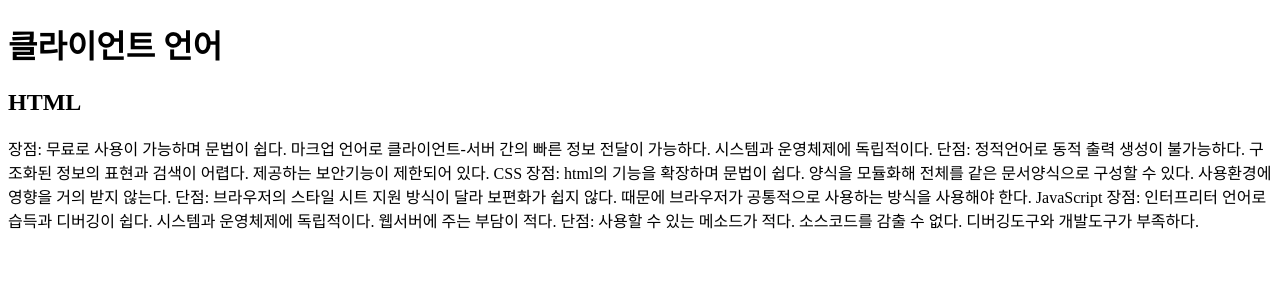
Repository: sinsujung/client
Page: ClientTest/src/main/webapp/문제/ex04.html
These files come from the project's save history. The page is drawn as it stood at one moment and after the next save; the edit follows.
The browser window is 1280 px wide. The pictures show the whole page.

Above is the page before, as saved 2023-09-20 03:27:13.

After the next save:
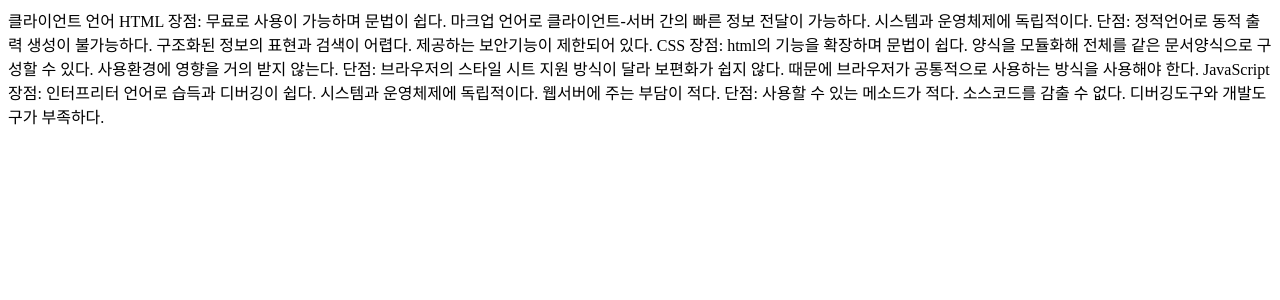
Saved 22 s later.
--- a/ClientTest/src/main/webapp/문제/ex04.html
+++ b/ClientTest/src/main/webapp/문제/ex04.html
@@ -5,11 +5,10 @@
 <title>Insert title here</title>
 </head>
 <body>
-<h1>클라이언트 언어</h1>
+클라이언트 언어
+HTML
 
-<h2>HTML</h2>
-
-<p>장점: 무료로 사용이 가능하며 문법이 쉽다. 마크업 언어로 클라이언트-서버 간의 빠른 정보 전달이 가능하다. 시스템과 운영체제에 독립적이다.
+장점: 무료로 사용이 가능하며 문법이 쉽다. 마크업 언어로 클라이언트-서버 간의 빠른 정보 전달이 가능하다. 시스템과 운영체제에 독립적이다.
 
 단점: 정적언어로 동적 출력 생성이 불가능하다. 구조화된 정보의 표현과 검색이 어렵다. 제공하는 보안기능이 제한되어 있다.
 

After the save that followed:
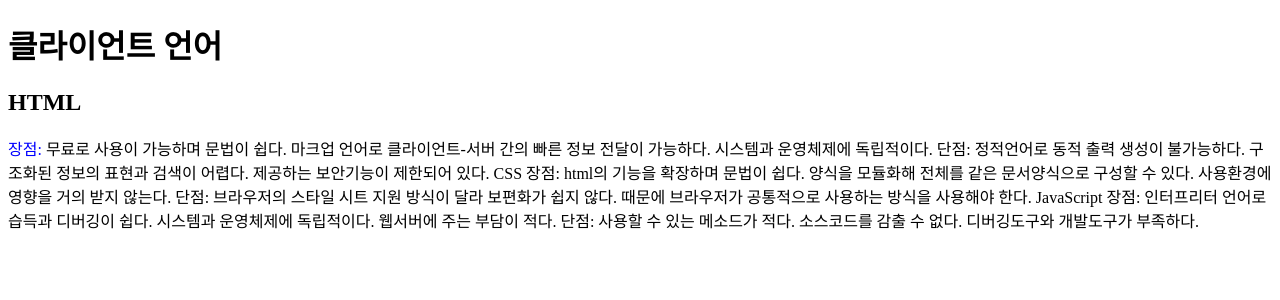
Saved 115 s later.
--- a/ClientTest/src/main/webapp/문제/ex04.html
+++ b/ClientTest/src/main/webapp/문제/ex04.html
@@ -5,10 +5,10 @@
 <title>Insert title here</title>
 </head>
 <body>
-클라이언트 언어
-HTML
+<h1>클라이언트 언어</h1>
+<h2>HTML</h2>
 
-장점: 무료로 사용이 가능하며 문법이 쉽다. 마크업 언어로 클라이언트-서버 간의 빠른 정보 전달이 가능하다. 시스템과 운영체제에 독립적이다.
+<font color ="blue">장점:</font> 무료로 사용이 가능하며 문법이 쉽다. 마크업 언어로 클라이언트-서버 간의 빠른 정보 전달이 가능하다. 시스템과 운영체제에 독립적이다.
 
 단점: 정적언어로 동적 출력 생성이 불가능하다. 구조화된 정보의 표현과 검색이 어렵다. 제공하는 보안기능이 제한되어 있다.
 
